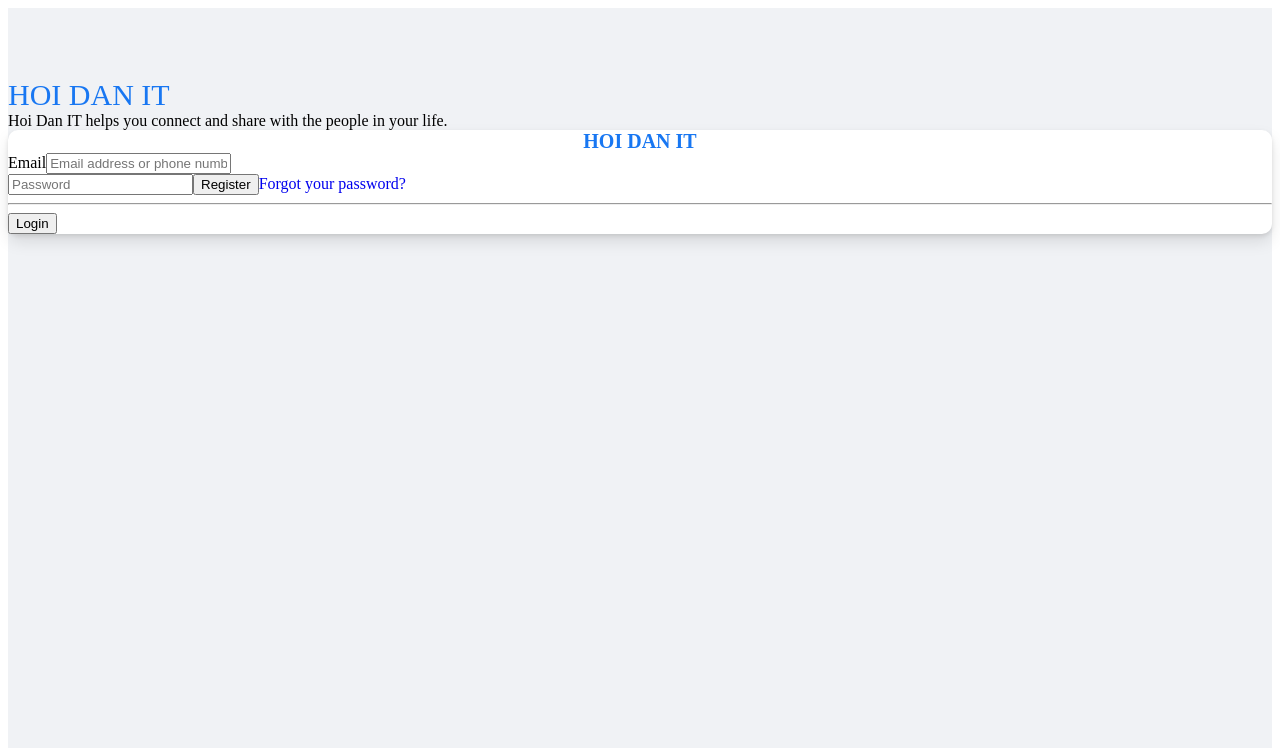
Repository: minhtien9/jwt_Reactjs_Frontend
Page: /register
These files come from the project's save history. The page is drawn as it stood at one moment and after the next save; the edit follows.
The browser window is 1280 px wide. The pictures show the whole page.
The project was rebuilt for these pictures with package versions that can differ from the ones it lists, and the page was loaded fresh each time. Also part of the build but not shown: src/App.scss, src/components/Navigation/Nav.scss, src/components/Navigation/Nav.js, src/components/Login/Login.scss, src/components/Login/Login.js.

Above is the page before, as saved 2022-05-23 11:26:44.

After the next save:
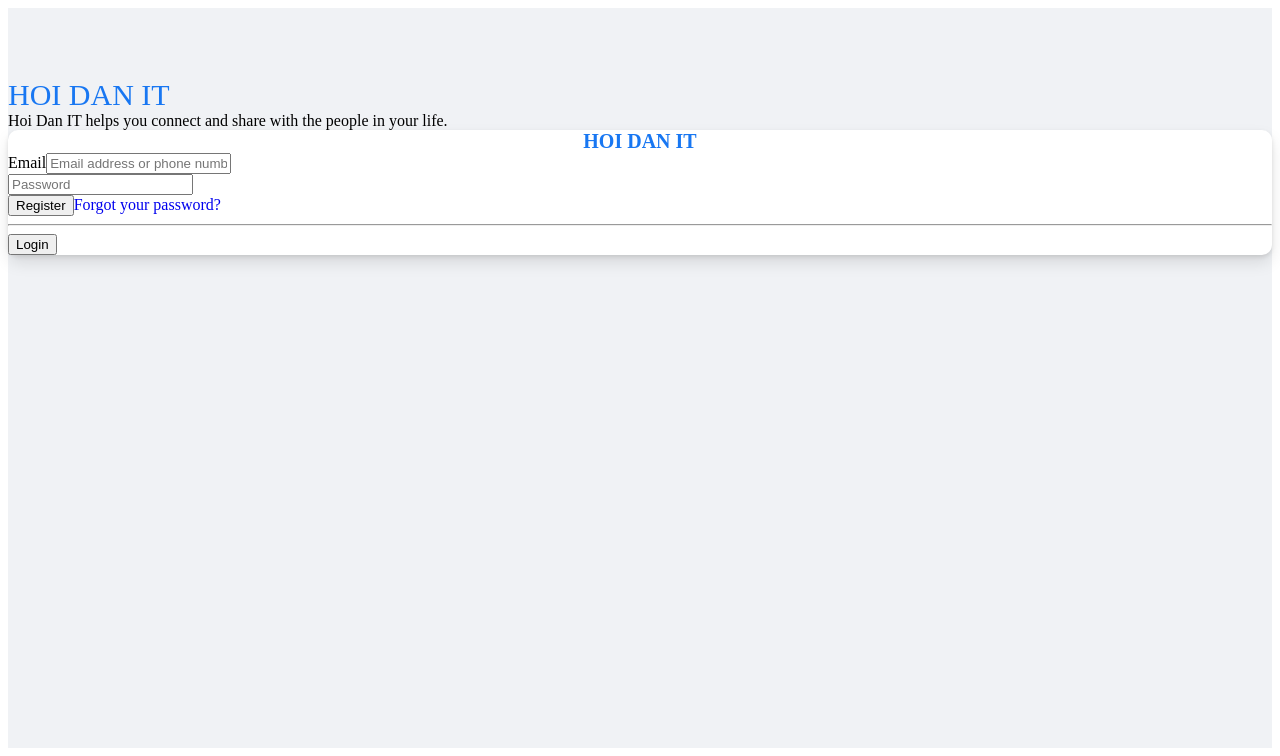
Saved 35 s later.
--- a/src/components/Register/Register.js
+++ b/src/components/Register/Register.js
@@ -28,11 +28,13 @@ const Register = (props) => {
                                 placeholder='Email address or phone number'
                             />
                         </div>
-                        <input
-                            type='password'
-                            className='form-control'
-                            placeholder='Password'
-                        />
+                        <div className='form-group'>
+                            <input
+                                type='password'
+                                className='form-control'
+                                placeholder='Password'
+                            />{' '}
+                        </div>
                         <button className='btn btn-primary'>Register</button>
                         <span className='text-center'>
                             <a className='forgot-password' href='#'>
